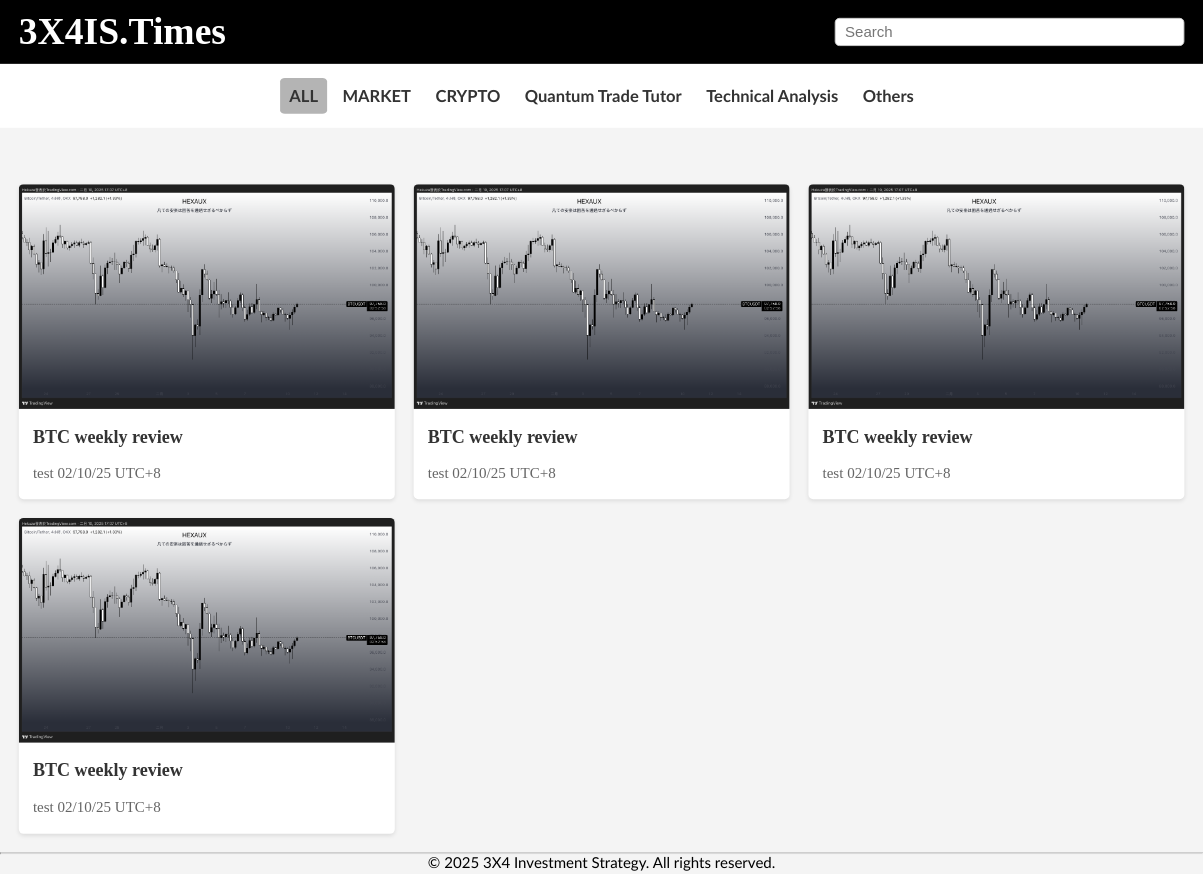
Repository: SongSongLook/songsonglook.github.io
Page: index.html
The author's editor kept a copy of each file at every save. The page is drawn from the files as they stood at one save, then again after the next save.
The browser window is 1280 px wide. The pictures show the whole page, at 94% of full size.

Above is the page before, as saved 2025-02-13 22:35:50.

### index.html
<!DOCTYPE html>
<html lang="zh">
<head>
  <meta charset="UTF-8">
  <meta name="viewport" content="width=device-width, initial-scale=1.0">
  <title>Homepage</title>
  <link rel="stylesheet" href="css/style.css">
  <link rel="stylesheet" href="css/news.css">
</head>
<body>
  <header>
    <!-- First column：logo and search container -->
    <div class="header-top">
      <a href="index.html" class="logo">3X4IS.Times</a>
      <div class="search-container">
        <input type="text" id="search-input" placeholder="Search">
      </div>
      <div class="mobile-menu" id="mobile-menu">
        <span></span>
        <span></span>
        <span></span>
      </div>
    </div>

    <!-- Second column: nav list -->
    <nav>
      <ul class="nav-list">
        <li data-category="all" class="active">ALL</li>
        <li data-category="market">MARKET</li>
        <li data-category="crypto">CRYPTO</li>
        <li data-category="QTT">Quantum Trade Tutor</li>
        <li data-category="TA">Technical Analysis</li>
        <li data-category="etc">Others</li>
      </ul>
    </nav>
  </header>

  <div class="carousel-container">
    <div class="carousel">
      <!-- 輪播項目將由 script.js 動態生成 -->
    </div>
    <button class="carousel-prev">&lt;</button>
    <button class="carousel-next">&gt;</button>
  </div>


  <main>
    <section class="news-container" id="news-container">
      <!-- news card dynamically filled by script.js -->
    </section>
  </main>

  <hr class="custom-divider">
  <footer>
    <p>&copy; 2025 3X4 Investment Strategy. All rights reserved.</p>
  </footer>

  <script src="js/newsData.js"></script>
  <script src="js/script.js"></script>
</body>
</html>

### css/style.css
/* Reset 與基本設定 */
* {
    box-sizing: border-box;
    margin: 0;
    padding: 0;
  }

  html, body {
    height: 100%;
    margin: 0;
  }

  main {
    flex: 1;
  }

  body {
    display: flex;
    flex-direction: column;
    font-family: serif, sans-serif;
    line-height: 1.6;
    background-color: #f4f4f4;
    color: #333;
  }

  footer {
    font-family:'Gill Sans', 'Gill Sans MT', Calibri, 'Trebuchet MS', sans-serif;
    color: #000000;
    padding: 0px 0px 5px;
    font-size: 1.0rem;
    text-align: center;
    line-height: 1.0rem;
  }
/*---------------------------------------------------*/
/* header-top */
.header-top {
  display: flex;
  justify-content: space-between;
  align-items: center;
  padding: 10px 20px;  /* 根據需求調整內邊距 */
  background-color: #000000; /* 若希望背景一致，可設定相同背景色 */
  line-height: 300%;
}

a.logo {
  text-decoration: none;
  font-family: 'Times New Roman', Times, serif;
  color: #ffffff;  /* 根據需求調整顏色 */
  font-size: 2.5rem;
  font-weight: bold;
}

.search-container {
  width: 30%;
  margin: 0;
}

#search-input {
  width: 100%;
  padding: 5px 10px;
  font-size: 1rem;
  border: 1px solid #ccc;
  border-radius: 5px;
}
/*---------------------------------------------------*/

/* nav  */
nav {
  background-color: #ffffff; /* 可根據設計調整 */
  padding: 5px 20px;
  font-family:'Gill Sans', 'Gill Sans MT', Calibri, 'Trebuchet MS', sans-serif
}

/* 導覽列樣式 */
.nav-list {
  list-style: none;
  display: flex;
  justify-content: center; /* 或依需求對齊 */
  margin: 0;
  padding: 0;
  font-weight: bold;
  font-size: 1.1rem;
}

.nav-list li {
  margin: 10px 3px;
  padding: 5px 10px;
  cursor: pointer;
  transition: background 0.2s;
}

.nav-list li:hover,
.nav-list li.active {
  background: #b4b4b4;
  border-radius: 10%;
}

/* 手機選單樣式 */
.mobile-menu {
  display: none; /* 根據響應式設計調整 */
  flex-direction: column;
  cursor: pointer;
}

.mobile-menu span {
  height: 3px;
  width: 25px;
  background: #ffffff;
  margin: 5px 0;
  transition: 0.3s;
}
/*---------------------------------------------------*/

.search-results {
  display: grid;
  grid-template-columns: repeat(3, 1fr);
  gap: 20px;
  padding: 20px;
}


/* 響應式調整：如在較窄視窗中，調整 header-top 與 nav-list 的顯示 */
@media (max-width: 668px) {
  .header-top {
    flex-direction: column;
    align-items: center;
  }
  .search-container {
    width: 80%;
    margin-top: 10px; /* 與 logo 分隔一點 */
  }
  #search-input {
    font-size: 0.9rem;  /* 可根據需求調整 */
  }
  .nav-list {
    display: none;
    flex-direction: column;
    background: #acacac;
    font-weight: bold;
    position: absolute;
    top: 120px;
    right: 20px;
    width: 150px;
    border-radius: 5px;
  }
  .nav-list.active {
    display: flex;
  }
  .mobile-menu {
    display: flex;
  }
  .news-container {
    grid-template-columns: repeat(1, 1fr);
  }
}

### css/news.css
/* 新聞卡片區：3 欄排列 */
.news-container {
  display: grid;
  grid-template-columns: repeat(3, 1fr);
  gap: 20px;
  padding: 20px;
}

/* News Card 樣式 */
.news-card {
  background: #fff;
  border-radius: 5px;
  overflow: hidden;
  box-shadow: 0 2px 5px rgba(0,0,0,0.1);
  transition: transform 0.3s;
  cursor: pointer;
}

.news-card:hover {
  transform: translateY(-5px);
}

.news-card img {
  width: 100%;
  display: block;
}

.news-content {
  padding: 15px;
}

.news-content h3 {
  margin-bottom: 10px;
  font-size: 1.2rem;
}

.news-content p {
  color: #666;
}

/* Carousel 輪播區 */
.carousel-container {
  position: relative;
  overflow: hidden;
  margin: 20px auto;
  max-width: 1200px;
}

.carousel {
  display: flex;
  transition: transform 0.5s ease;
}

.carousel-item {
  background-color: rgb(214, 214, 214);
  border-radius: 3%;
  min-width: 100%;
  box-sizing: border-box;
  padding: 10px;
}

.carousel-item img {
  width: 100%;
  border-radius: 5px;
}

/* 輪播箭頭 */
.carousel-prev, .carousel-next {
  position: absolute;
  top: 50%;
  transform: translateY(-50%);
  background: rgba(0,0,0,0.5);
  color: #fff;
  border: none;
  padding: 10px;
  cursor: pointer;
  z-index: 10;
}

.carousel-prev {
  left: 10px;
}

.carousel-next {
  right: 10px;
}

### js/newsData.js
//data-category:
//--market
//--crypto
//--forex
//--TA
//--etc
const newsData = [
    {
      id: 1,
      title: "BTC weekly review",
      category: "crypto",
      description: "test 02/10/25 UTC+8",
      image: "images/IMG_2458.PNG",
      fullContent:  `
      <p>完整的政治新聞內容：詳細描述政治事件、背景與可能的影響，讓讀者獲得更深入的了解。</p>
      <p>在這裡你可以插入圖片：</p>
      <img src="https://via.placeholder.com/600x400?text=內文圖片" alt="內文圖片">
      <p>圖片說明：這是一張示意圖。也可以使用 <strong>加粗文字</strong> 來強調重點。</p>
    `,
    tags: ["政治", "featured"]
    },
    {
      id: 2,
      title: "BTC weekly review",
      category: "crypto",
      description: "test 02/10/25 UTC+8",
      image: "images/IMG_2458.PNG",
      fullContent:  `
      <p>完整的政治新聞內容：詳細描述政治事件、背景與可能的影響，讓讀者獲得更深入的了解。</p>
      <p>在這裡你可以插入圖片：</p>
      <img src="https://via.placeholder.com/600x400?text=內文圖片" alt="內文圖片">
      <p>圖片說明：這是一張示意圖。也可以使用 <strong>加粗文字</strong> 來強調重點。</p>
    `,
    tags: ["政治", "featured"]
    },
    {
      id: 3,
      title: "BTC weekly review",
      category: "crypto",
      description: "test 02/10/25 UTC+8",
      image: "images/IMG_2458.PNG",
      fullContent:  `
      <p>完整的政治新聞內容：詳細描述政治事件、背景與可能的影響，讓讀者獲得更深入的了解。</p>
      <p>在這裡你可以插入圖片：</p>
      <img src="https://via.placeholder.com/600x400?text=內文圖片" alt="內文圖片">
      <p>圖片說明：這是一張示意圖。也可以使用 <strong>加粗文字</strong> 來強調重點。</p>
    `,
    tags: ["政治", "featured"]
    },
    {
      id: 4,
      title: "BTC weekly review",
      category: "crypto",
      description: "test 02/10/25 UTC+8",
      image: "images/IMG_2458.PNG",
      fullContent:  `
      <p>完整的政治新聞內容：詳細描述政治事件、背景與可能的影響，讓讀者獲得更深入的了解。</p>
      <p>在這裡你可以插入圖片：</p>
      <img src="https://via.placeholder.com/600x400?text=內文圖片" alt="內文圖片">
      <p>圖片說明：這是一張示意圖。也可以使用 <strong>加粗文字</strong> 來強調重點。</p>
    `,
    tags: ["政治", "featured"]
    }
  ];

### js/script.js
// script.js

// 全域變數：目前分類、搜尋關鍵字及標籤過濾
let currentCategory = "all";
let searchQuery = "";
let currentTag = ""; // 當首頁以 ?tag=... 過濾文章時使用

// 取得 URL 參數的函式
function getQueryParameter(name) {
  const urlParams = new URLSearchParams(window.location.search);
  return urlParams.get(name);
}

// 根據分類、搜尋與標籤過濾並渲染新聞卡片
function renderNews(category = "all", search = "", tag = "") {
  const container = document.getElementById("news-container");
  container.innerHTML = "";

  let filteredNews = newsData;
  if (tag.trim() !== "") {
    filteredNews = filteredNews.filter(news => news.tags && news.tags.includes(tag));
  } else if (category !== "all") {
    filteredNews = filteredNews.filter(news => news.category === category);
  }

  if (search.trim() !== "") {
    filteredNews = filteredNews.filter(news =>
      news.title.toLowerCase().includes(search.toLowerCase()) ||
      news.description.toLowerCase().includes(search.toLowerCase())
    );
  }

  filteredNews.forEach(news => {
    const card = document.createElement("div");
    card.className = "news-card";
    card.innerHTML = `
      <img src="${news.image}" alt="${news.title}">
      <div class="news-content">
        <h3>${news.title}</h3>
        <p>${news.description}</p>
      </div>
    `;
    card.addEventListener("click", () => {
      window.location.href = "article.html?id=" + news.id;
    });
    container.appendChild(card);
  });
}

// 輪播功能：根據 "featured" 標籤選出文章
let currentSlide = 0;
function renderCarousel() {
  const carousel = document.querySelector(".carousel");
  const featuredNews = newsData.filter(news => news.tags && news.tags.includes("featured"));
  carousel.innerHTML = "";
  featuredNews.forEach(news => {
    const item = document.createElement("div");
    item.className = "carousel-item";
    item.innerHTML = `
      <img src="${news.image}" alt="${news.title}">
      <h3>${news.title}</h3>
    `;
    item.addEventListener("click", () => {
      window.location.href = "article.html?id=" + news.id;
      // 或依需求導向特定標籤頁面：location.href = "index.html?tag=" + encodeURIComponent("featured");
    });
    carousel.appendChild(item);
  });
}

function showSlide(index) {
  const carousel = document.querySelector(".carousel");
  const totalSlides = carousel.children.length;
  if (index >= totalSlides) {
    currentSlide = 0;
  } else if (index < 0) {
    currentSlide = totalSlides - 1;
  } else {
    currentSlide = index;
  }
  carousel.style.transform = `translateX(-${currentSlide * 100}%)`;
}

document.addEventListener("DOMContentLoaded", () => {
  // 讀取 URL 中的 tag 參數（若有，則以標籤過濾文章）
  const tagParam = getQueryParameter("tag");
  if (tagParam) {
    currentTag = tagParam;
  }

  renderNews(currentCategory, searchQuery, currentTag);
  renderCarousel();

  document.querySelectorAll(".nav-list li").forEach(li => {
    li.addEventListener("click", function() {
      document.querySelectorAll(".nav-list li").forEach(el => el.classList.remove("active"));
      this.classList.add("active");
      currentCategory = this.getAttribute("data-category");
      currentTag = ""; // 切換分類時取消標籤過濾
      renderNews(currentCategory, searchQuery, currentTag);
      const navList = document.querySelector(".nav-list");
      if (navList.classList.contains("active")) {
        navList.classList.remove("active");
      }
    });
  });

  const searchInput = document.getElementById("search-input");
  searchInput.addEventListener("input", () => {
    searchQuery = searchInput.value;
    renderNews(currentCategory, searchQuery, currentTag);
  });

  document.querySelector(".carousel-prev").addEventListener("click", () => {
    showSlide(currentSlide - 1);
  });
  document.querySelector(".carousel-next").addEventListener("click", () => {
    showSlide(currentSlide + 1);
  });

  const mobileMenu = document.getElementById("mobile-menu");
  mobileMenu.addEventListener("click", () => {
    document.querySelector(".nav-list").classList.toggle("active");
  });
  // 自動輪播設定：每3秒自動切換下一張
  setInterval(() => {
    showSlide(currentSlide + 1);
  }, 3000);  // 3000 毫秒 = 3 秒

});

After the next save:
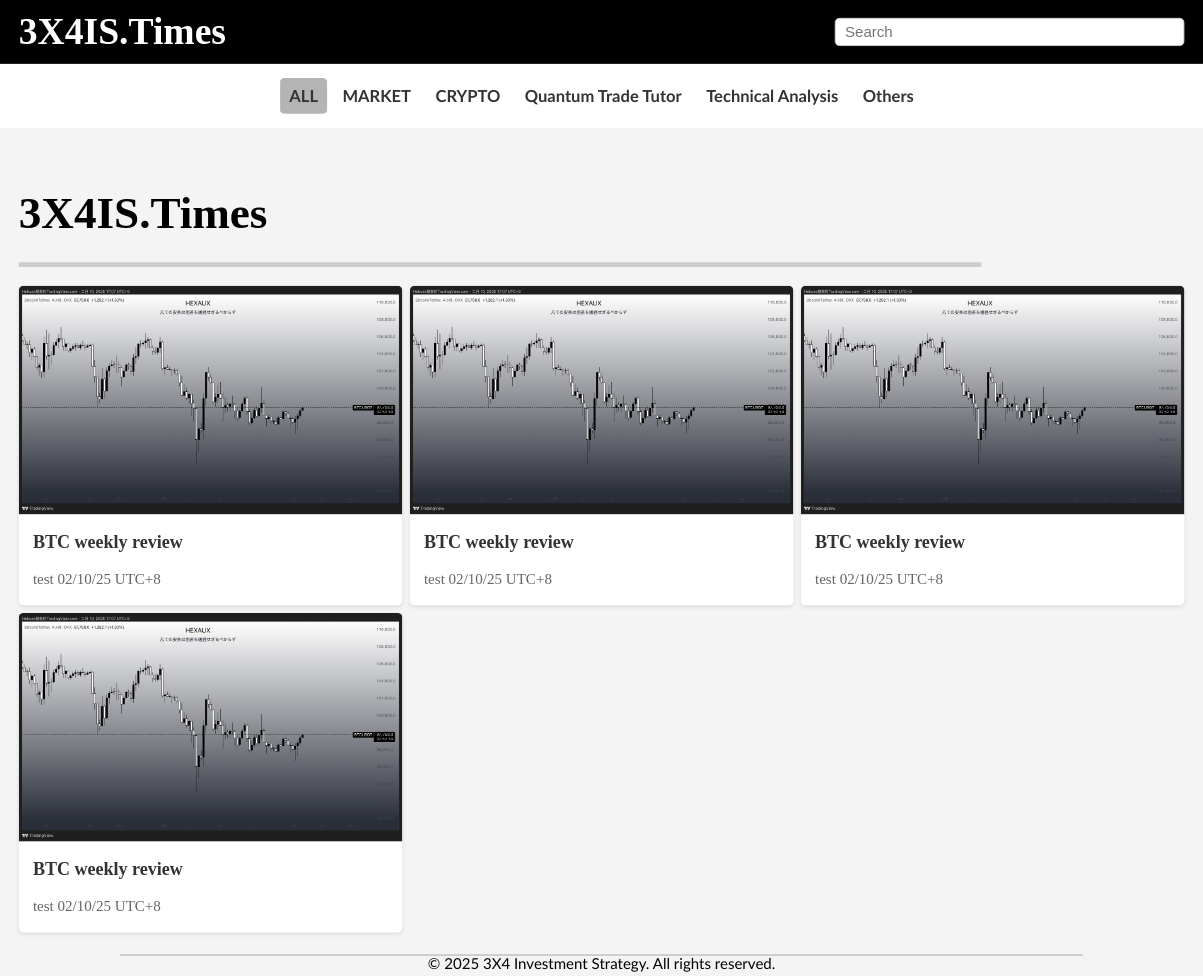
Saved 1 s later.
--- a/index.html
+++ b/index.html
@@ -43,6 +43,8 @@
     <button class="carousel-next">&gt;</button>
   </div>
 
+  <div class="logo-2">3X4IS.Times</div>
+  <hr class="custom-divider">
 
   <main>
     <section class="news-container" id="news-container">
@@ -50,7 +52,7 @@
     </section>
   </main>
 
-  <hr class="custom-divider">
+  <hr class="custom-divider-2">
   <footer>
     <p>&copy; 2025 3X4 Investment Strategy. All rights reserved.</p>
   </footer>
--- a/css/style.css
+++ b/css/style.css
@@ -31,7 +31,9 @@
     text-align: center;
     line-height: 1.0rem;
   }
+
 /*---------------------------------------------------*/
+
 /* header-top */
 .header-top {
   display: flex;
@@ -50,6 +52,15 @@ a.logo {
   font-weight: bold;
 }
 
+.logo-2 {
+  text-decoration: none;
+  font-family: 'Times New Roman', Times, serif;
+  color: #000000;  /* 根據需求調整顏色 */
+  padding: 1% 20px;
+  font-size: 3.0rem;
+  font-weight: bold;
+}
+
 .search-container {
   width: 30%;
   margin: 0;
@@ -62,6 +73,14 @@ a.logo {
   border: 1px solid #ccc;
   border-radius: 5px;
 }
+
+.search-results {
+  display: grid;
+  grid-template-columns: repeat(3, 1fr);
+  gap: 20px;
+  padding: 20px;
+}
+
 /*---------------------------------------------------*/
 
 /* nav  */
@@ -109,15 +128,25 @@ nav {
   margin: 5px 0;
   transition: 0.3s;
 }
+
 /*---------------------------------------------------*/
 
-.search-results {
-  display: grid;
-  grid-template-columns: repeat(3, 1fr);
-  gap: 20px;
-  padding: 20px;
+.custom-divider {
+  border: none;                /* 先移除預設邊框 */
+  border-top: 5px solid #ccc;   /* 設定上邊框作為分割線 */
+  width: 80%;                  /* 可設定寬度 */
+  margin-left: 20px;
+}
+.custom-divider-2 {
+  border: none;                /* 先移除預設邊框 */
+  border-top: 2px solid #ccc;   /* 設定上邊框作為分割線 */
+  margin: 3px 0px 0px 0px;              /* 設定上下間距 */
+  width: 80%;                  /* 可設定寬度 */
+  margin-left: auto;           /* 置中對齊 */
+  margin-right: auto;
 }
 
+/*---------------------------------------------------*/
 
 /* 響應式調整：如在較窄視窗中，調整 header-top 與 nav-list 的顯示 */
 @media (max-width: 668px) {
--- a/css/news.css
+++ b/css/news.css
@@ -2,7 +2,7 @@
 .news-container {
   display: grid;
   grid-template-columns: repeat(3, 1fr);
-  gap: 20px;
+  gap: 8px;
   padding: 20px;
 }
 
@@ -53,7 +53,6 @@
 
 .carousel-item {
   background-color: rgb(214, 214, 214);
-  border-radius: 3%;
   min-width: 100%;
   box-sizing: border-box;
   padding: 10px;
--- a/js/newsData.js
+++ b/js/newsData.js
@@ -17,7 +17,7 @@ const newsData = [
       <img src="https://via.placeholder.com/600x400?text=內文圖片" alt="內文圖片">
       <p>圖片說明：這是一張示意圖。也可以使用 <strong>加粗文字</strong> 來強調重點。</p>
     `,
-    tags: ["政治", "featured"]
+    tags: ["btc", "analysis"]
     },
     {
       id: 2,
